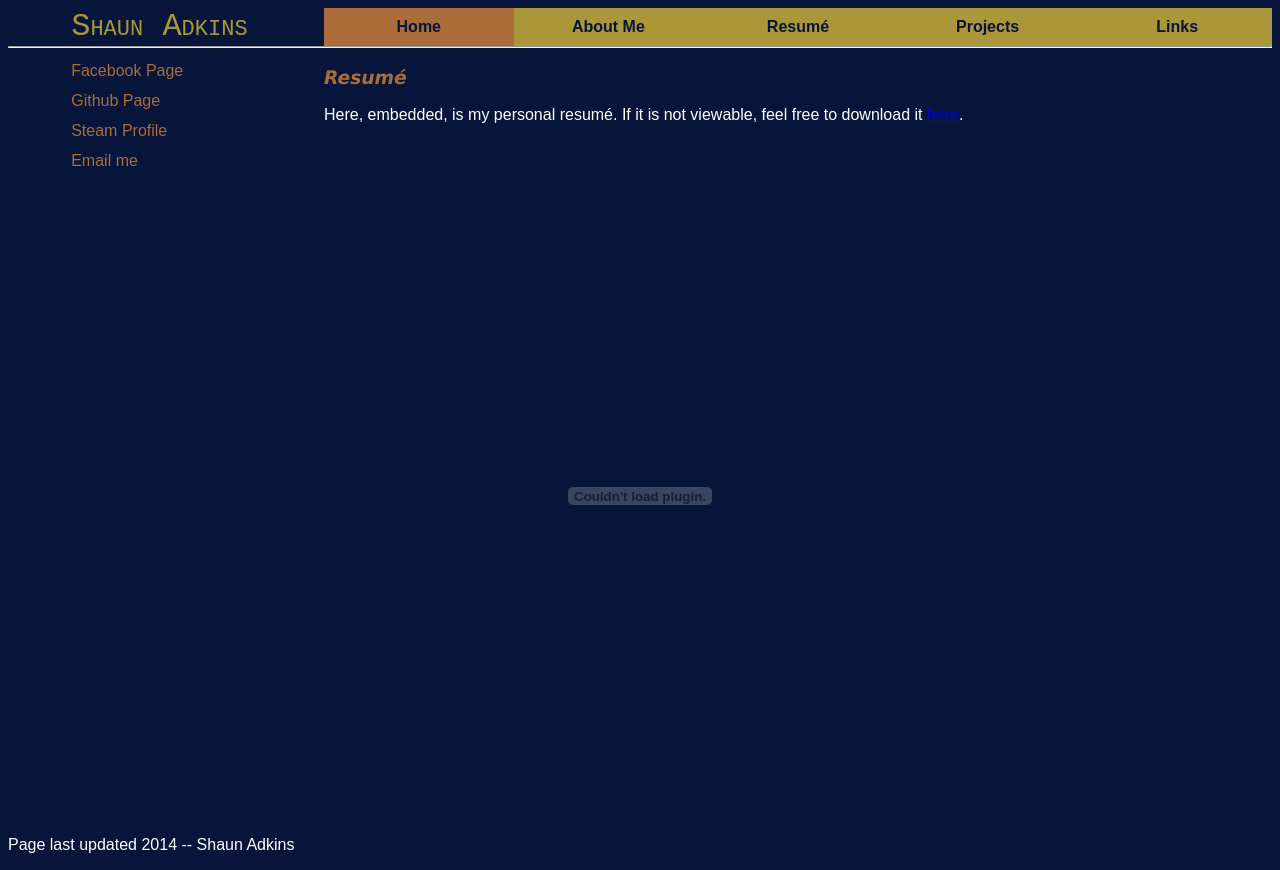
Repository: adkinsrs/sadkins_site
Page: html/resume.html
The author's editor kept a record of every edit. The page is drawn from the files as they stood at one moment, then again after the next edit.
The browser window is 1280 px wide. The pictures show the whole page.

Above is the page before.

### html/resume.html
<!DOCTYPE html>

<!--
Resume Page
-->
<html lang="en">
    <head>
        <meta charset="utf-8" />
        <meta name="viewport" content="width=device-width">
        <title>Resume</title>
        <link rel="stylesheet" href="../css/main.css" type="text/css"/>
    </head>

    <body>
        <nav>
            <a class="site_name" href="/">Shaun Adkins</a>
            <ul>
                <li class="navmenu"><a class="current" href="./home.html">Home</a></li>
                <li class="navmenu"><a class="otherpage" href="./about.html">About Me</a></li>
                <li class="navmenu"><a class="otherpage" href="./resume.html">Resum&#233;</a></li>
                <li class="navmenu"><a class="otherpage" href="./projects.html">Projects</a></li>                <li class="navmenu"><a class="otherpage" href="./links.html">Links</a></li>
            </ul>
        <nav>
        <hr>

        <aside>
            <ul>
                <li><a class="links" href="https://www.facebook.com/adkinsrs">Facebook Page</a></li>
                <li><a class="links" href="https://github.com/adkinsrs">Github Page</a></li>
                <li><a class="links" href="http://steamcommunity.com/id/MeNoSeeGood">Steam Profile</a></li>
                <li><a class="links" href="mailto:shaun.adkins@gmail.com?Subject=SAdkins%20Website">Email me</a></li>
            </ul>
        </aside>
            <h1>Resum&#233;</h1>

            <div id="text_container">
                <p>Here, embedded, is my personal resum&#233;.  If it is not viewable, feel free to download it <a class="general_link" href="../resume.pdf">here</a>.</p>
                <embed id="resume_file" width="100%" height="640" type="application/pdf" src="../resume.pdf">
            </div>

            <div id="footer">
                <p>Page last updated 2014 -- Shaun Adkins</>
            </footer>
    </body>
</html>

### css/main.css
body {
    background-color: #061539;
    color: #FFFFFF;
    font-family: Arial, Helvetica, sans-serif;
}

/* To support HTML5 elements in Internet Explorer 8 */
header, section, footer, aside, nav, main, article, figure {
    display: block;
}

h1, h3 {
    font-family:"Lucida Sans Unicode", "Lucida Grande", sans-serif;
    color: #AA6C39;
    font-style: italic;
}

nav {
    text-align: left;
}

ul {
    list-style-type: none;
    margin:0;
    padding: 0;
}

ol {
    padding-left: 20px;
}

img {
    width: 33%;
}

footer {
    width: 50%;
    margin-left: 25%;
    clear: both;
    text-align: left;
}

.navmenu {
    text-align: center;
	font-family: Arial, Helvetica, sans-serif;
    font-weight: bold;
}

/* <a> menu links */
.current, .otherpage {
    display: block;
    text-decoration: none;
    color: #061539;
}

.current, .current:visited {
    background-color: #AA6C39;
}

.otherpage, .otherpage:visited {
    background-color: #AA9739;
}

.current:hover,.otherpage:hover, .links:hover {
    color: #FFFFFF;
}

.links {
    text-decoration: none;
    color: #AA6C39;
}

.site_name {
    text-decoration: none;
    color: #AA9739;
    font-size: 2em;
    font-family: "Courier New", Courier, monospace;
    font-variant: small-caps;
}

.normal_list {
    list-style-type: disc;
    padding-left:10px;
}

/* tablet size screens */
@media screen and (max-width: 720px){
    .navmenu {
        width: 100%;
    }

    .site_name {
        display: block;
        width: 100%;
        text-align: center;
        clear: both;
        line-height: 30px;
    }

    aside {
        width: 100%;
        text-align: center;
        margin: auto;
        float: none;
    }

    section {
        margin-left: 16%;
        margin-right: 16%;
        width: 68%;
        text-align: justify;
    }

    footer {
        font-size: 0.5em;
    }

    h1 {
        text-align: center;
    }

    img {
        width: 66%;
        margin-left: auto;
        margin-right: auto;
        padding: 20px;
        display: block;
    }

}


/* large size screens */
@media screen and (min-width: 721px){

    aside {
        float: left;
        text-align: left;
        line-height: 30px;
        width: 20%;
        margin-left: 5%;
    }

    section {
        width: 50%;
        float: left;
        text-align: left;
    }

    footer {
        font-size: 0.75em;
    }

    .navmenu {
        float: left;
        width: 15%;
        clear: right;
    }

    /* <a> menu links */
    .current, .otherpage {
        padding: 10px;
    }

    .site_name {
        width: 20%;
        margin-left: 5%;
        float: left;
    }

    .img_left {
        float: left;
    }

    .img_right {
        float: right;
    }
}

After the next edit:
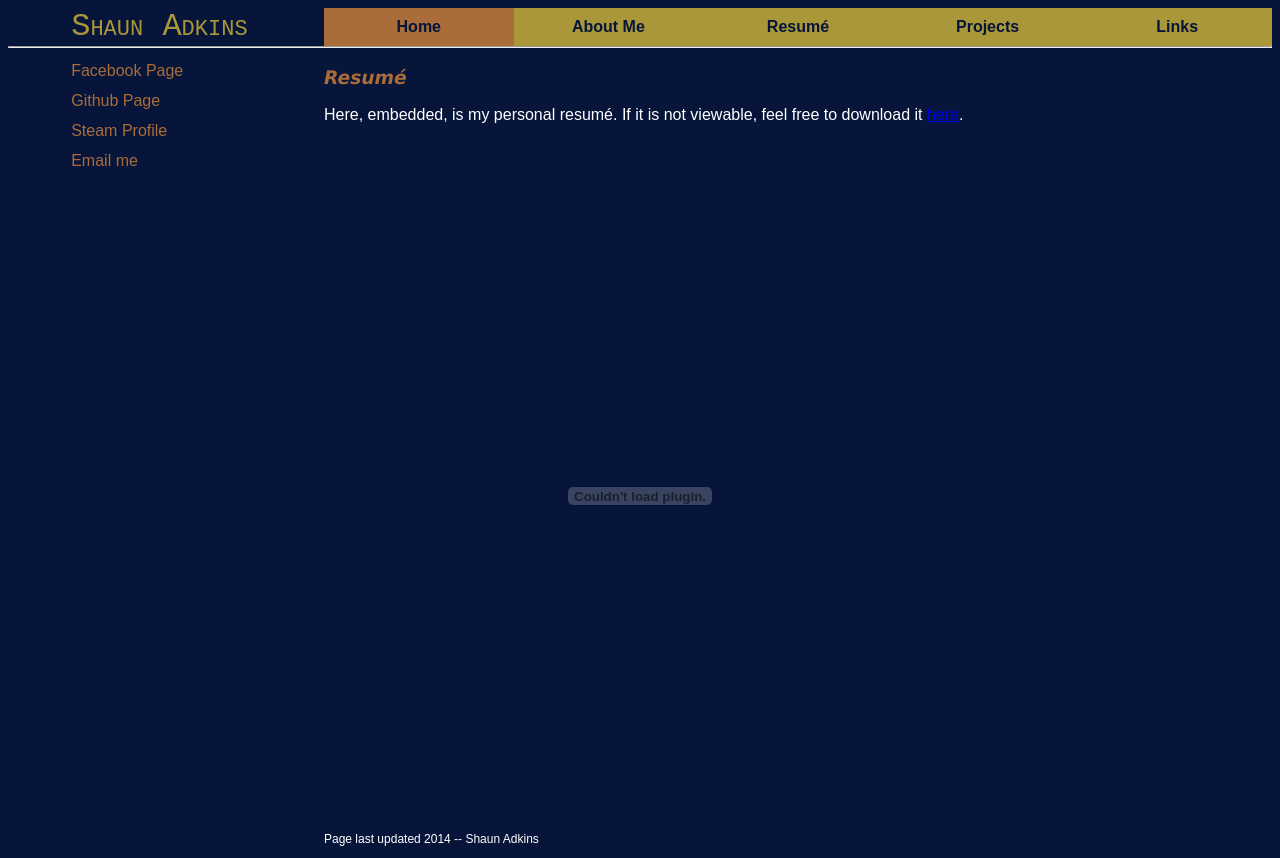
The edit:
--- a/html/resume.html
+++ b/html/resume.html
@@ -38,8 +38,8 @@
                 <embed id="resume_file" width="100%" height="640" type="application/pdf" src="../resume.pdf">
             </div>
 
-            <div id="footer">
-                <p>Page last updated 2014 -- Shaun Adkins</>
-            </footer>
+        <footer>
+            <p>Page last updated 2014 -- Shaun Adkins</>
+        </footer>
     </body>
 </html>
